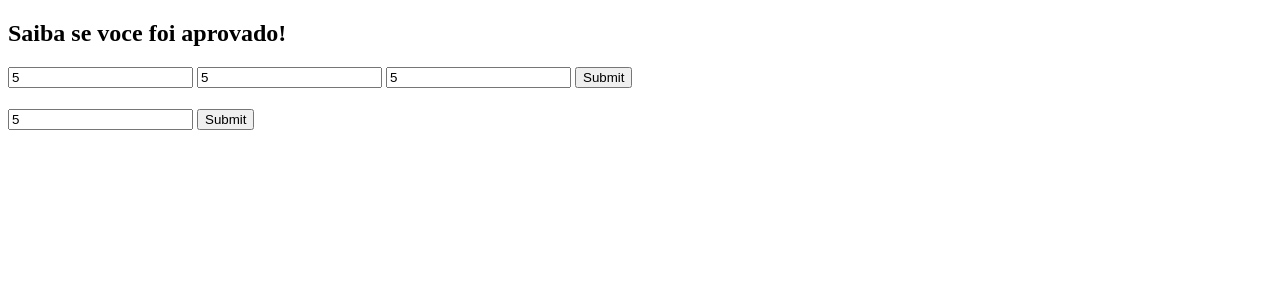
Repository: gimoli/logica1
Page: index.html
An editor plug-in stored every save of this project. The page is shown before and after the next save, followed by the edit.
The browser window is 1280 px wide. The pictures show the whole page.
Empty fields were first filled with sample values (such as "Sample", 5 or name@example.com).
After loading, the first visible `input[onclick="numerosPares()"]` was clicked once.

Above is the page before, as saved 2025-05-05 09:43:11.
Console error: TypeError: Cannot read properties of null (reading 'value')

### index.html
<!DOCTYPE html>
<html lang="en">
<head>
    <meta charset="UTF-8">
    <meta name="viewport" content="width=device-width, initial-scale=1.0">
    <title>Document</title>
</head>
<body>
    <div>
        <h2>Saiba se voce foi aprovado!</h2>
        <input type="Number" id="nota1" placeholder="Digite sua primeira nota"/>
        <input type="Number" id="nota2" placeholder="Digite sua segunda nota"/>
        <input type="Number" id="nota3" placeholder="Digite sua terceira nota"/>
        <input type="submit" onclick="classificacao()" />
        <h4 id="resultadoFinal"></h4>
    </div>

    <div>
        <input type="number" id="numberInput" placeholder="Digite um número" />
        <input type="submit" onclick="numerosPares()">
        <h4 id="numeros-pares"></h4>
    </div>

    <script src="app.js"></script>
</body>
</html>

### app.js
//function mediaDaNota(nota0, nota1, nota2, nota3){

//const = tipo de variavel, é imutável
//mediaFinal = nome da variável em camelcase
//o que ela faz?
//soma das variáveis e dividide pela quantidade de variáveis

//const mediaFinal = (nota0 + nota1 + nota2 + nota3) / 4

//if = condição
//(mediaFinal >=7) = a condição ta verificando se a variavel 'mediaFinal' é maior ou igual a 7

//else= se nâo atender a nenhuma condição anterior ela entra no else
//return= informe a resposta final

//if (mediaFinal >=7) {
//        return "Aprovado"
//    } else {
//        return "Reprovado"
//    }

//return mediaFinal >=7 ? "Aprovado" : "Reprovado";

//}

//const nota0 = Number(prompt("Digite uma nota"));
//const nota1 = Number(prompt("Digite a segunda"));
//const nota2 = Number(prompt("Digite a terceira nota"));
//const nota3 = Number(prompt("Digite a quarta nota"));

//document.write(mediaDaNota(nota0, nota1, nota2, nota3));



function classificacao() {
    const nota1 = Number(document.getElementById("nota1").value);
    const nota2 = Number(document.getElementById("nota2").value);
    const nota3 = Number(document.getElementById("nota3").value);
    const resultadoFinal = document.getElementById("resultadoFinal")

    const media = (nota1 + nota2 + nota3)/3;
    if (nota1 > 10 || nota2 > 10 || nota3 > 10 || nota1 < 0 || nota2 < 0 || nota3 < 0
        || isNaN(nota1) || isNaN(nota2) || isNaN(nota3)) {
        alert("Digite uma nota válida!");
    } else {
        aprovacao = media > 7 ? "Aprovado!" : "Reprovado.";
        resultadoFinal.innerHTML = `A sua media foi de ${media.toFixed(2)}. ${aprovacao}`;
    }
}


function numerosPares() {
    const numeroInput = Number(document.getElementById("numero-input").value);
    let i = 2;
    let resultado = [];
    const numerosPares = document.getElementById("numeros-pares");

    while(i <= numeroInput) {
        if (i % 2 == 0) {
            resultado += i;
        }
        i++;
    }

    numerosPares.innerHTML = `Os números pares são ${resultado}`
}

// function tabuada() {
//     const tabuadaInput = Number(document.getElementById("tabuada-input").value);
//     let i = 1;
//     let resultado = [];

//     while(i <= 10) {
//         resultado += tabuadaInput * i;
//         i++;
//     }

//     for(let i = 1; i <= 10; i++) {
//         resultado += tabuadaInput * i;
//     }
// }

After the next save:
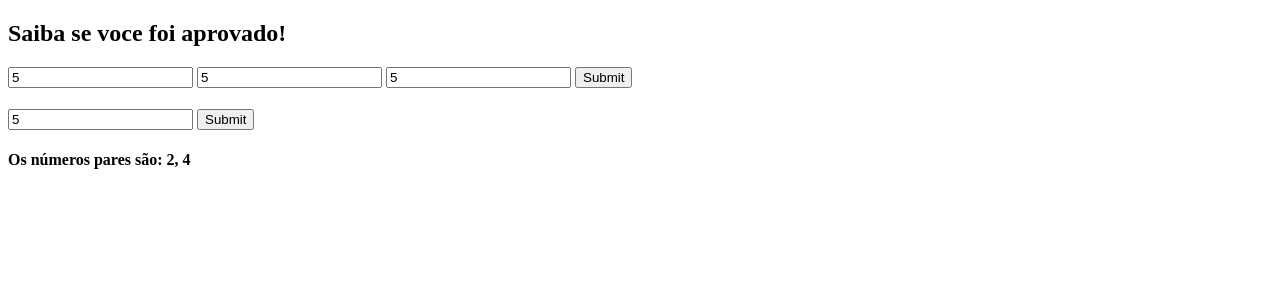
The error is gone.
Saved 2 min 27 s later.
--- a/app.js
+++ b/app.js
@@ -50,20 +50,21 @@ function classificacao() {
 
 
 function numerosPares() {
-    const numeroInput = Number(document.getElementById("numero-input").value);
+    const numeroInput = Number(document.getElementById("numberInput").value); // Corrigido aqui
     let i = 2;
     let resultado = [];
     const numerosPares = document.getElementById("numeros-pares");
 
-    while(i <= numeroInput) {
-        if (i % 2 == 0) {
-            resultado += i;
+    while (i <= numeroInput) {
+        if (i % 2 === 0) {
+            resultado.push(i); // Usar push em vez de +=
         }
         i++;
     }
 
-    numerosPares.innerHTML = `Os números pares são ${resultado}`
+    numerosPares.innerHTML = `Os números pares são: ${resultado.join(", ")}`;
 }
+
 
 // function tabuada() {
 //     const tabuadaInput = Number(document.getElementById("tabuada-input").value);
